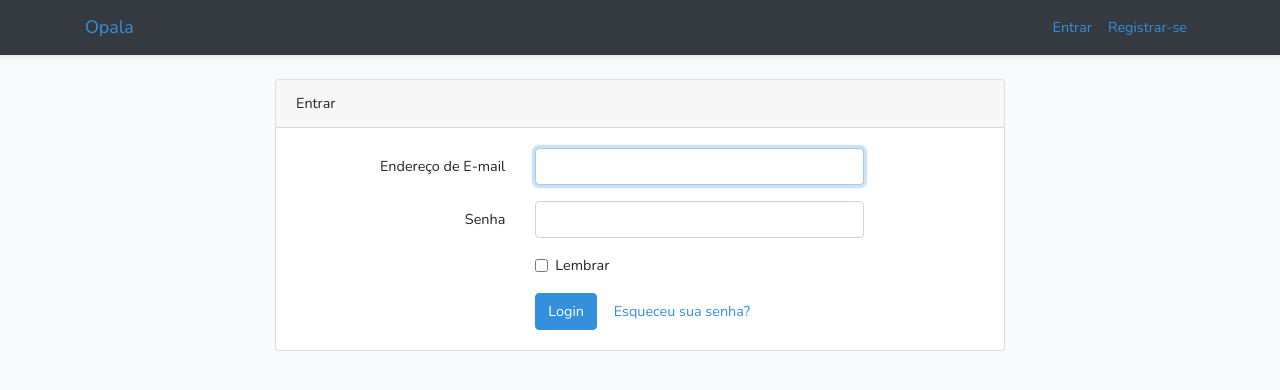
Repository: souzalu/Opala
Page: http://localhost/login
These files come from the project's save history. The page is drawn as it stood at one moment and after the next save; the edit follows.
The browser window is 1280 px wide. The pictures show the whole page.
The page is served by the project's Laravel application, run on PHP 8.4 with Laravel 8. Other server files are loaded and not shown.

Above is the page before, as saved 2020-09-18 21:22:07.

### routes/web.php
<?php

use Illuminate\Support\Facades\Route;
use Illuminate\Support\Facades\Auth;

/*
|--------------------------------------------------------------------------
| Web Routes
|--------------------------------------------------------------------------
|
| Here is where you can register web routes for your application. These
| routes are loaded by the RouteServiceProvider within a group which
| contains the "web" middleware group. Now create something great!
    Route::get('/', function () {
        return view('welcome');
    });
|
*/

// rotas dos produtos
Route::get('admin/produtos/create', 'ProdutoController@create')->name('create');
Route::get('admin/produtos/createCategorias', 'ProdutoController@createCategorias')->name('categorias');
Route::get('/admin/produtos/show', 'ProdutoController@index')->name('index'); //mostra todos os produtos cadastrados
Route::get('/storage/Cimagem/{imagem}', 'ProdutoController@image');
Route::get('/admin/produtos/edit/{id}', 'ProdutoController@edit')->name('edit');
Route::get('/admin/produtos/{id}','ProdutoController@show');
Route::delete('/admin/produtos/{id}', 'ProdutoController@destroy')->name('produtos_destroy');
Route::post('/produto/store','ProdutoController@store')->name('store');//salva os produtos no banco
Route::post('/createCategorias','ProdutoController@storeCategorias')->name('storeCategorias');//salva os produtos no banco
Route::put('/admin/produtos/edit/{id}', 'ProdutoController@update');
Route::get('/admin/index', 'UserController@empresa')->name('empresa');
Route::get('/admin/usershow', 'UserController@show')->name('usershow');




//rotas do site
Route::get('/cadastro', 'UserController@cadastro')->name('cadastro');
Route::get('/pagamento', 'CarrinhoController@pagamento')->name('pagamento');
Route::get('/produto', 'ProdutoController@produto')->name('produto');
Route::get('/produtodetalhe', 'ProdutoController@produtodetalhe')->name('produto_detalhe');




Auth::routes();

Route::get('/home', 'HomeController@index')->name('home');

### app/Http/Controllers/Auth/LoginController.php
<?php

namespace App\Http\Controllers\Auth;

use App\Http\Controllers\Controller;
use App\Providers\RouteServiceProvider;
use Illuminate\Foundation\Auth\AuthenticatesUsers;
use Illuminate\Support\Facades\Auth;
use App\Role;
use App\User;
use Illuminate\Http\Request;
class LoginController extends Controller
{
    /*
    |--------------------------------------------------------------------------
    | Login Controller
    |--------------------------------------------------------------------------
    |
    | This controller handles authenticating users for the application and
    | redirecting them to your home screen. The controller uses a trait
    | to conveniently provide its functionality to your applications.
    |
    */

    use AuthenticatesUsers;

    /**
     * Where to redirect users after login.
     *
     * @var string
     */
    public function redirectTo()
    {
        $user=User::find(Auth::user()->id);
        if($user->hasRole('admin')){
           return '/admin/index';
        }else{
            return '/home';
        }
    }

    public function loggedOut(Request $request)
    {
        return redirect('/home');
    }



    /**
     * Create a new controller instance.
     *
     * @return void
     */
    public function __construct()
    {
        $this->middleware('guest')->except('logout');
    }
}

### resources/views/auth/login.blade.php
@extends('layouts.app')

@section('content')
<div class="container">
    <div class="row justify-content-center">
        <div class="col-md-8">
            <div class="card">
                <div class="card-header">{{ __('Entrar') }}</div>

                <div class="card-body">
                    <form method="POST" action="{{ route('login') }}">
                        @csrf

                        <div class="form-group row">
                            <label for="email" class="col-md-4 col-form-label text-md-right">{{ __('Endereço de E-mail') }}</label>

                            <div class="col-md-6">
                                <input id="email" type="email" class="form-control @error('email') is-invalid @enderror" name="email" value="{{ old('email') }}" required autocomplete="email" autofocus>

                                @error('email')
                                    <span class="invalid-feedback" role="alert">
                                        <strong>{{ $message }}</strong>
                                    </span>
                                @enderror
                            </div>
                        </div>

                        <div class="form-group row">
                            <label for="password" class="col-md-4 col-form-label text-md-right">{{ __('Senha') }}</label>

                            <div class="col-md-6">
                                <input id="password" type="password" class="form-control @error('password') is-invalid @enderror" name="password" required autocomplete="current-password">

                                @error('password')
                                    <span class="invalid-feedback" role="alert">
                                        <strong>{{ $message }}</strong>
                                    </span>
                                @enderror
                            </div>
                        </div>

                        <div class="form-group row">
                            <div class="col-md-6 offset-md-4">
                                <div class="form-check">
                                    <input class="form-check-input" type="checkbox" name="remember" id="remember" {{ old('remember') ? 'checked' : '' }}>

                                    <label class="form-check-label" for="remember">
                                        {{ __('Lembrar') }}
                                    </label>
                                </div>
                            </div>
                        </div>

                        <div class="form-group row mb-0">
                            <div class="col-md-8 offset-md-4">
                                <button type="submit" class="btn btn-primary">
                                    {{ __('Login') }}
                                </button>

                                @if (Route::has('password.request'))
                                    <a class="btn btn-link" href="{{ route('password.request') }}">
                                        {{ __('Esqueceu sua senha?') }}
                                    </a>
                                @endif
                            </div>
                        </div>
                    </form>
                </div>
            </div>
        </div>
    </div>
</div>
@endsection

### resources/views/layouts/app.blade.php
<!doctype html>
<html lang="{{ str_replace('_', '-', app()->getLocale()) }}">
<head>
    <meta charset="utf-8">
    <meta name="viewport" content="width=device-width, initial-scale=1">

    <!-- CSRF Token -->
    <meta name="csrf-token" content="{{ csrf_token() }}">

    <title>Opala</title>

    <!-- Scripts -->
    <script src="{{ asset('js/app.js') }}" defer></script>

    <!-- Fonts -->
    <link rel="dns-prefetch" href="//fonts.gstatic.com">
    <link href="https://fonts.googleapis.com/css?family=Nunito" rel="stylesheet">

    <!-- Styles -->
    <link href="{{ asset('css/app.css') }}" rel="stylesheet">
</head>
<body>
    <div id="app">
        <nav class="navbar navbar-expand-md  bg-dark text-white shadow-sm">
            <div class="container">
                <a class="navbar-brand" href="{{ url('/') }}">
                    Opala
                </a>
                <button class="navbar-toggler" type="button" data-toggle="collapse" data-target="#navbarSupportedContent" aria-controls="navbarSupportedContent" aria-expanded="false" aria-label="{{ __('Toggle navigation') }}">
                    <span class="navbar-toggler-icon"></span>
                </button>

                <div class="collapse navbar-collapse" id="navbarSupportedContent">
                    <!-- Left Side Of Navbar -->
                    <ul class="navbar-nav mr-auto">

                    </ul>

                    <!-- Right Side Of Navbar -->
                    <ul class="navbar-nav ml-auto">
                        <!-- Authentication Links -->
                        @guest
                            <li class="nav-item">
                                <a class="nav-link" href="{{ route('login') }}">{{ __('Entrar') }}</a>
                            </li>
                            @if (Route::has('register'))
                                <li class="nav-item">
                                    <a class="nav-link" href="{{ route('register') }}">{{ __('Registrar-se') }}</a>
                                </li>
                            @endif
                        @else
                            <li class="nav-item dropdown">
                                <a id="navbarDropdown" class="nav-link dropdown-toggle" href="#" role="button" data-toggle="dropdown" aria-haspopup="true" aria-expanded="false" v-pre>
                                    {{ Auth::user()->name }}
                                </a>

                                <div class="dropdown-menu dropdown-menu-right" aria-labelledby="navbarDropdown">
                                    <a class="dropdown-item" href="{{ route('logout') }}"
                                       onclick="event.preventDefault();
                                                     document.getElementById('logout-form').submit();">
                                        {{ __('Sair') }}
                                    </a>

                                    <form id="logout-form" action="{{ route('logout') }}" method="POST" class="d-none">
                                        @csrf
                                    </form>
                                </div>
                            </li>
                        @endguest
                    </ul>
                </div>
            </div>
        </nav>

        <main class="py-4">
            @yield('content')
        </main>
    </div>
</body>
</html>

Loaded but not shown: app/Http/Controllers/Controller.php (common file); app/Http/Controllers/Auth/ConfirmPasswordController.php (common file); public/css/app.css (library)

After the next save:
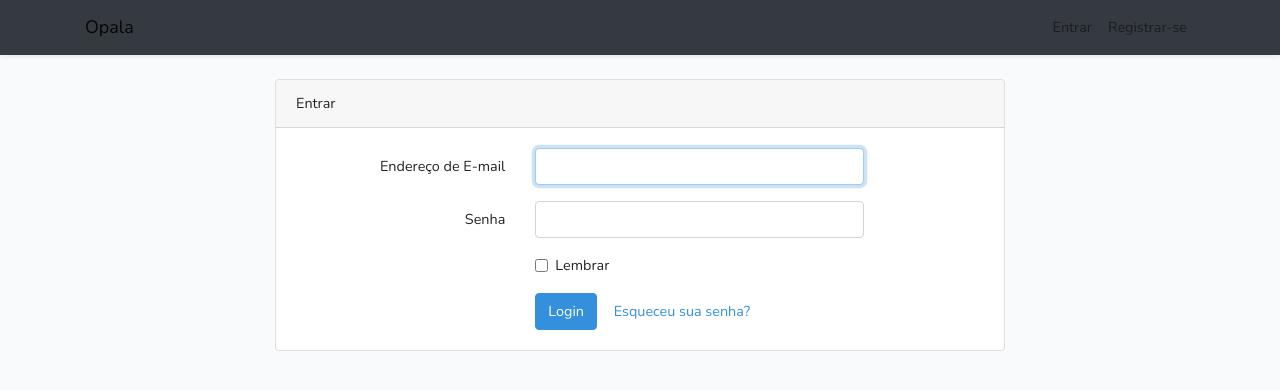
Saved 15 s later.
--- a/resources/views/layouts/app.blade.php
+++ b/resources/views/layouts/app.blade.php
@@ -21,7 +21,7 @@
 </head>
 <body>
     <div id="app">
-        <nav class="navbar navbar-expand-md  bg-dark text-white shadow-sm">
+        <nav class="navbar navbar-expand-md navbar-light bg-dark shadow-sm">
             <div class="container">
                 <a class="navbar-brand" href="{{ url('/') }}">
                     Opala
